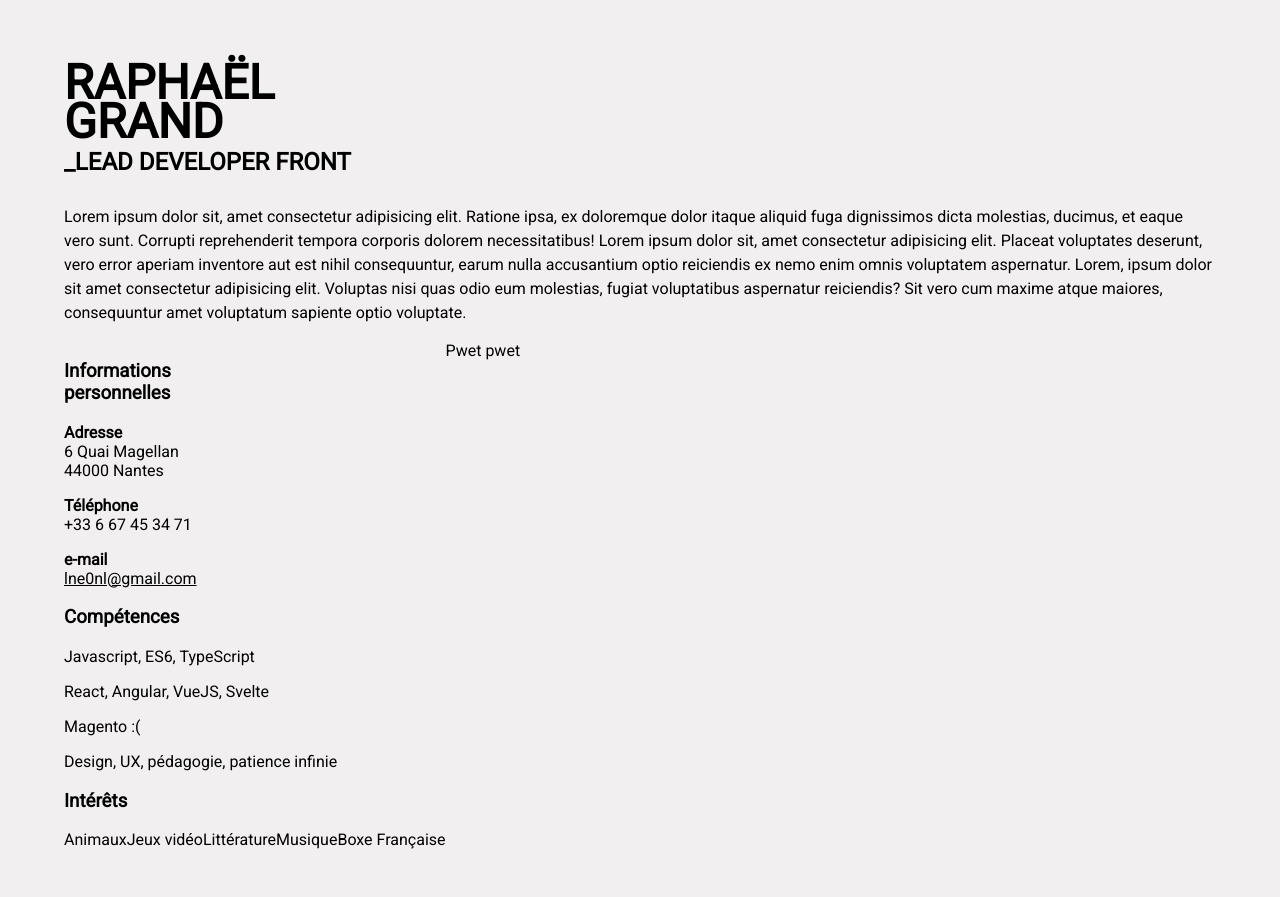
Repository: lne0nl/resume
Page: index.html
An editor plug-in stored every save of this project. The page is shown before and after a run of saves, followed by the edit.
The browser window is 1280 px wide. The pictures show the whole page.

Above is the page before, as saved 2021-12-10 10:21:26.

### index.html
<!DOCTYPE html>
<html lang="fr">
  <head>
    <meta charset="UTF-8" />
    <meta http-equiv="X-UA-Compatible" content="IE=edge" />
    <meta name="viewport" content="width=device-width, initial-scale=1.0" />
    <link rel="preconnect" href="https://fonts.googleapis.com" />
    <link rel="preconnect" href="https://fonts.gstatic.com" crossorigin />
    <link
      href="https://fonts.googleapis.com/css2?family=Roboto&display=swap"
      rel="stylesheet"
    />
    <link rel="stylesheet" type="text/css" href="style.css" />
    <title>CV Raphaël GRAND</title>
  </head>
  <body>
    <header>
      <h1>Raphaël<br />GRAND</h1>
      <h2>_Lead developer front</h2>
      <p class="bio">
        Lorem ipsum dolor sit, amet consectetur adipisicing elit. Ratione ipsa,
        ex doloremque dolor itaque aliquid fuga dignissimos dicta molestias,
        ducimus, et eaque vero sunt. Corrupti reprehenderit tempora corporis
        dolorem necessitatibus! Lorem ipsum dolor sit, amet consectetur
        adipisicing elit. Placeat voluptates deserunt, vero error aperiam
        inventore aut est nihil consequuntur, earum nulla accusantium optio
        reiciendis ex nemo enim omnis voluptatem aspernatur. Lorem, ipsum dolor
        sit amet consectetur adipisicing elit. Voluptas nisi quas odio eum
        molestias, fugiat voluptatibus aspernatur reiciendis? Sit vero cum
        maxime atque maiores, consequuntur amet voluptatum sapiente optio
        voluptate.
      </p>
    </header>
    <div class="core">
      <section class="infos">
        <article>
          <h3>Informations<br />personnelles</h3>
          <ul>
            <li title="address">
              <b>Adresse</b><br />
              6 Quai Magellan<br />44000 Nantes
            </li>
            <li title="phone">
              <b>Téléphone</b><br />
              +33 6 67 45 34 71
            </li>
            <li title="mail">
              <b>e-mail</b><br />
              <a href="mailto:lne0nl@gmail.com">lne0nl@gmail.com</a>
            </li>
          </ul>
        </article>
        <article>
          <h3>Compétences</h3>
          <ul>
            <li>Javascript, ES6, TypeScript</li>
            <li>React, Angular, VueJS, Svelte</li>
            <li>Magento :(</li>
            <li>Design, UX, pédagogie, patience infinie</li>
          </ul>
        </article>
        <article>
          <h3>Intérêts</h3>
          <ul class="interests">
            <li title="Animaux">Animaux</li>
            <li title="Jeux vidéo">Jeux vidéo</li>
            <li title="Littérature">Littérature</li>
            <li title="Musique">Musique</li>
            <li title="Boxe Française">Boxe Française</li>
          </ul>
        </article>
      </section>
      <section class="resume">Pwet pwet</section>
    </div>
  </body>
</html>

### style.css
html {
  background-color: grey;
}

body {
  margin: 0 auto;
  padding: 2rem 4rem;
  max-width: 1280px;
  background-color: rgb(241, 239, 239);
  font-family: 'Roboto', sans-serif;
}

header {
  position: relative;
}

h1 {
  font-size: 3rem;
  line-height: 0.8;
  text-transform: uppercase;
}

h2 {
  text-align: right;
  position: absolute;
  top: 4rem;
  text-transform: uppercase;
}

a {
  text-decoration: underline;
  color: inherit;
}

a:visited {
  color: inherit;
}

.bio {
  padding-top: 2rem;
  line-height: 1.5;
}

ul {
  list-style: none;
  margin: 0;
  padding: 0;
}

li {
  margin-bottom: 1rem;
}

.core {
  display: flex;
}

.resume {
  flex: 1;
  /* background-color: yellow; */
}

.interests {
  display: flex;
}

After the next 3 saves:
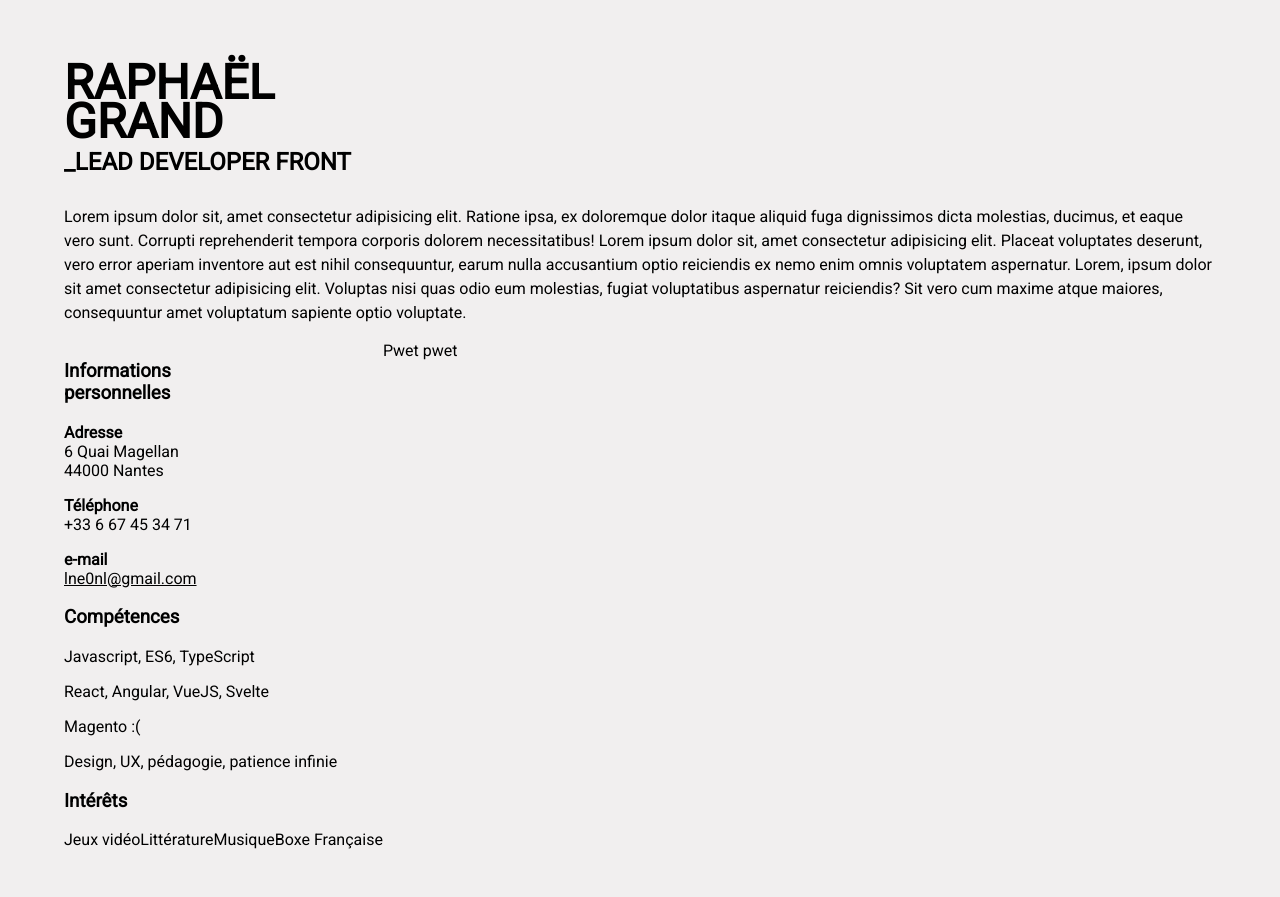
The 3 saves are shown as one change because they came seconds apart.
The last was saved 9 min 44 s later.
--- a/index.html
+++ b/index.html
@@ -62,7 +62,7 @@
         <article>
           <h3>Intérêts</h3>
           <ul class="interests">
-            <li title="Animaux">Animaux</li>
+            <li title="Animaux"><img src="" alt="" srcset=""></li>
             <li title="Jeux vidéo">Jeux vidéo</li>
             <li title="Littérature">Littérature</li>
             <li title="Musique">Musique</li>
